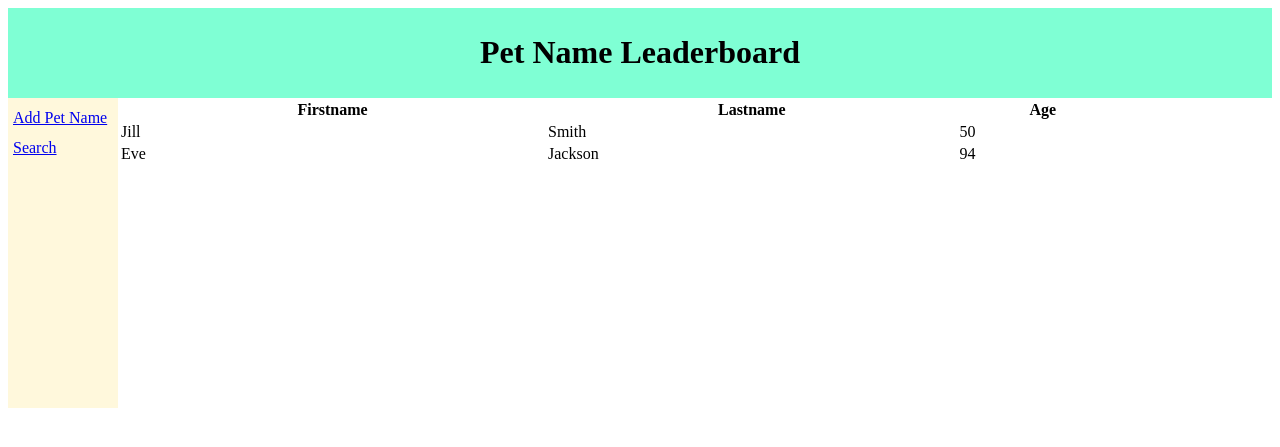
Repository: mutterbucket/TriplettTermProject4830
Page: workspaceCSCI4830-tech-excercise-Triplett/techExcerciseTriplett/WebContent/leaderboard.html
An editor plug-in stored every save of this project. The page is shown before and after the next save, followed by the edit.
The browser window is 1280 px wide. The pictures show the whole page.

Above is the page before, as saved 2020-02-21 23:06:52.

After the next save:
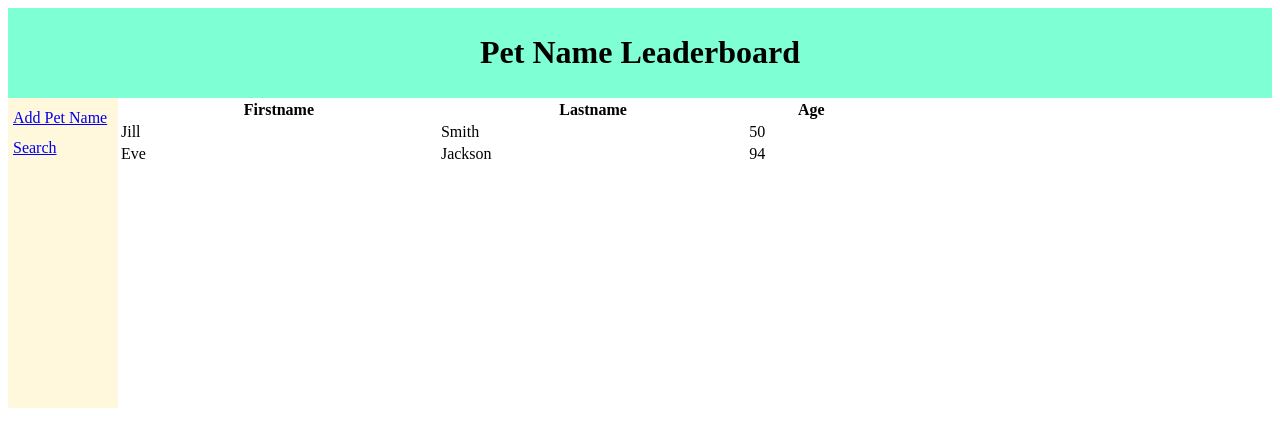
Saved 17 s later.
--- a/workspaceCSCI4830-tech-excercise-Triplett/techExcerciseTriplett/WebContent/leaderboard.html
+++ b/workspaceCSCI4830-tech-excercise-Triplett/techExcerciseTriplett/WebContent/leaderboard.html
@@ -41,7 +41,7 @@ footer {
 <a href="/techExcerciseTriplett/home_search.html">Search</a> <br>
 </nav>
 
-<table style="width:80%">
+<table style="width:60%">
   <tr>
     <th>Firstname</th>
     <th>Lastname</th>
